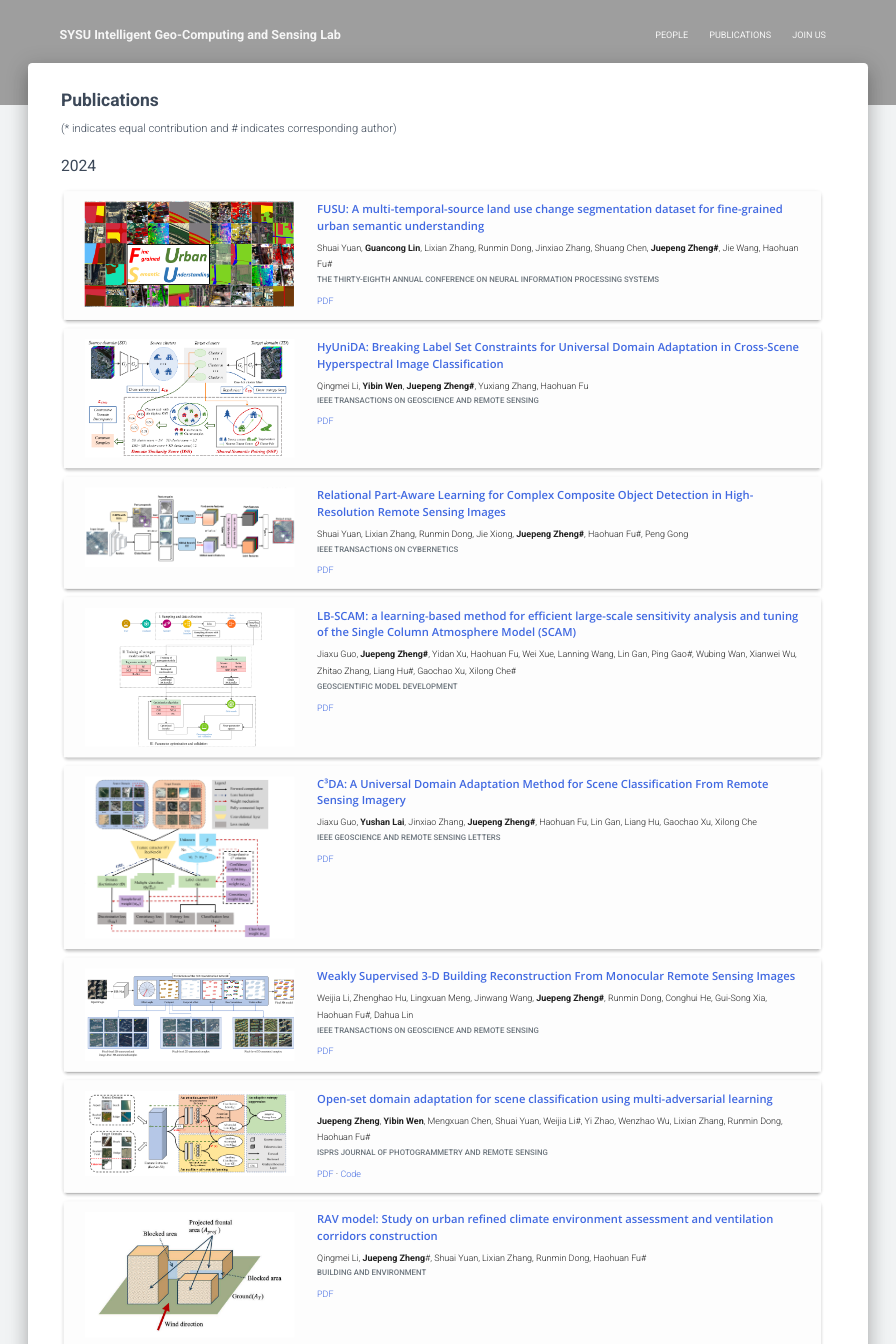
Repository: rssysu/rssysu.github.io
Page: pub.html
An editor plug-in stored every save of this project. The page is shown before and after the next save, followed by the edit.
The browser window is 1280 px wide. The pictures show the part of the page from y = 0 to 1920 px (the page is 3890 px tall before and 4086 px after), at 70% of full size.
Pictures or frames that could not be fetched are drawn as grey boxes. Some web libraries are served in a nearby version.

Above is the page before, as saved 2025-03-21 17:32:15.

### pub.html
<!DOCTYPE html>
<html lang="en">

<head>
    <meta charset="utf-8">
    <meta content="width=device-width, initial-scale=1.0, maximum-scale=1.0, user-scalable=0" name="viewport" />
    <meta http-equiv="X-UA-Compatible" content="IE=edge,chrome=1" />
    <!-- Favicons -->
    <!-- <link rel="apple-touch-icon" href="./assets/img/kit/free/apple-icon.png"> -->
    <link rel="icon" href="./assets/img/kit/free/sysu.ico">
    <title>
      SYSU IGCS Lab
    </title>
    <!--     Fonts and icons     -->
    <link rel="stylesheet" type="text/css" target="_blank" href="https://fonts.googleapis.com/css?family=Open+Sans:+400,500,600,700|Roboto:300,400,500,700|Roboto+Slab:400,700|Material+Icons" />
    <link rel="stylesheet" href="https://maxcdn.bootstrapcdn.com/font-awesome/latest/css/font-awesome.min.css" />
    <link rel="stylesheet" href="assets/css/material-kit.css?v=2.0.2">
    <!-- Documentation extras -->
    <!-- CSS Just for demo purpose, don't include it in your project -->
    <!-- <link href="./assets/assets-for-demo/demo.css" rel="stylesheet" /> -->
    <!-- iframe removal -->
</head>

<body class="index-page">
    <nav class="navbar navbar-color-on-scroll navbar-transparent navbar-light fixed-top navbar-expand-lg " color-on-scroll="0" id="sectionsNav">
        <div w3-include-html="header.html" class="container"></div>
    </nav>

    <div class="page-header2 header-filter clear-filter" data-parallax="true" style="background-image: url('assets/img/sysu1.jpg'); background-position-y: -170px; background-position: top;">
        <div class="container">
            <div class="row">
                <div class="col-md-8 ml-auto mr-auto">
                    <div class="brand">
                    </div>
                </div>
            </div>
        </div>
    </div>


    <div class="main main-raised">
        <div class="container">
            <div class="title" style="margin-bottom: -1em;">
                <h3><b>Publications</b></h3>
                <h4>(* indicates equal contribution and # indicates corresponding author)</h4>
            </div>

<!--
            <div class="year-pub">
              Preprints
            </div>
 -->

        <div class="year-pub">
          2024
        </div>

<!--         <div class="row-pub all">
          <div class="card" style="width: 97%;">
            <div class="card-body" style="background-color: hsl(0, 0%, 99%);">
              <img class="card-pic-left" src="assets/paper_img/iccv2023-capeam.jpg" width=300px>
              <h4 class="card-title" style="margin-top: -0.1em;">Context-Aware Planning and Environment-Aware Memory for Instruction Following Embodied Agents</h4>
              <p class="card-text">Byeonghwi Kim, Jinyeon Kim, Yuyeong Kim, Cheolhong Min, Jonghyun Choi</p>
              <h6 class="card-subtitle mb-2 text-muted">ICCV 2023<br>(CVPR 2023 Embodied AI Workshop - 1st Place Winner)</h6>

              <a href="https://openaccess.thecvf.com/content/ICCV2023/papers/Kim_Context-Aware_Planning_and_Environment-Aware_Memory_for_Instruction_Following_Embodied_Agents_ICCV_2023_paper.pdf" target="_blank">PDF </a> &middot;
              <a href="https://openaccess.thecvf.com/content/ICCV2023/supplemental/Kim_Context-Aware_Planning_and_ICCV_2023_supplemental.zip" target="_blank">Supp </a> &middot;
              <a href="https://bhkim94.github.io/projects/CAPEAM/" target="_new">Project Page </a> &middot;
              <a href="https://askforalfred.com/EAI23/" class="card-link" target="_new">CVPR 2023 Workshop Challenge Page </a>
            </div>
          </div>
        </div> -->



        <div class="row-pub all">
          <div class="card" style="width: 97%;">
            <div class="card-body" style="background-color: rgb(253, 253, 253);">
              <img class="card-pic-left" src="assets/paper/fusu.png" width=300px>
              <h4 class="card-title" style="margin-top: -0.1em;"><a href="https://openreview.net/forum?id=QLO0pXYKVi#discussion">FUSU: A multi-temporal-source land use change segmentation dataset for fine-grained urban semantic understanding</a>  </h4>
              <p class="card-text">Shuai Yuan, <b>Guancong Lin</b>, Lixian Zhang, Runmin Dong, Jinxiao Zhang, Shuang Chen, <b>Juepeng Zheng#</b>, Jie Wang, Haohuan Fu#</p>
              <h6 class="card-subtitle mb-2 text-muted">The Thirty-Eighth Annual Conference on Neural Information Processing Systems</h6>

              <a href="assets/paper/fusu.pdf" target="_blank">PDF </a>
            </div>
          </div>
        </div>

        <div class="row-pub all">
          <div class="card" style="width: 97%;">
            <div class="card-body" style="background-color: rgb(253, 253, 253);">
              <img class="card-pic-left" src="assets/paper/hy.png" width=300px>
              <h4 class="card-title" style="margin-top: -0.1em;"><a href="https://ieeexplore.ieee.org/document/10530296">HyUniDA: Breaking Label Set Constraints for Universal Domain Adaptation in Cross-Scene Hyperspectral Image Classification</a>  </h4>
              <p class="card-text">Qingmei Li, <b>Yibin Wen</b>, <b>Juepeng Zheng#</b>, Yuxiang Zhang, Haohuan Fu</p>
              <h6 class="card-subtitle mb-2 text-muted">IEEE Transactions on Geoscience and Remote Sensing</h6>

              <a href="assets/paper/hy.pdf" target="_blank">PDF </a>
            </div>
          </div>
        </div>

        <div class="row-pub all">
          <div class="card" style="width: 97%;">
            <div class="card-body" style="background-color: rgb(253, 253, 253);">
              <img class="card-pic-left" src="assets/paper/rp.png" width=300px>
              <h4 class="card-title" style="margin-top: -0.1em;"><a href="https://ieeexplore.ieee.org/document/10534872"> Relational Part-Aware Learning for Complex Composite Object Detection in High-Resolution Remote Sensing Images </a>  </h4>
              <p class="card-text">Shuai Yuan, Lixian Zhang, Runmin Dong, Jie Xiong, <b>Juepeng Zheng#</b>, Haohuan Fu#, Peng Gong</p>
              <h6 class="card-subtitle mb-2 text-muted">IEEE Transactions on Cybernetics</h6>

              <a href="assets/paper/rp.pdf" target="_blank">PDF </a>
            </div>
          </div>
        </div>

        <div class="row-pub all">
          <div class="card" style="width: 97%;">
            <div class="card-body" style="background-color: rgb(253, 253, 253);">
              <img class="card-pic-left" src="assets/paper/lb.png" width=300px>
              <h4 class="card-title" style="margin-top: -0.1em;"><a href="https://gmd.copernicus.org/articles/17/3975/2024/"> LB-SCAM: a learning-based method for efficient large-scale sensitivity analysis and tuning of the Single Column Atmosphere Model (SCAM) </a>  </h4>
              <p class="card-text">Jiaxu Guo, <b>Juepeng Zheng#</b>, Yidan Xu, Haohuan Fu, Wei Xue, Lanning Wang, Lin Gan, Ping Gao#, Wubing Wan, Xianwei Wu, Zhitao Zhang, Liang Hu#, Gaochao Xu, Xilong Che#</p>
              <h6 class="card-subtitle mb-2 text-muted">Geoscientific Model Development</h6>

              <a href="assets/paper/lb.pdf" target="_blank">PDF </a>
            </div>
          </div>
        </div>

        <div class="row-pub all">
          <div class="card" style="width: 97%;">
            <div class="card-body" style="background-color: rgb(253, 253, 253);">
              <img class="card-pic-left" src="assets/paper/c3.png" width=300px>
              <h4 class="card-title" style="margin-top: -0.1em;"><a href="https://ieeexplore.ieee.org/abstract/document/10485440"> C³DA: A Universal Domain Adaptation Method for Scene Classification From Remote Sensing Imagery </a>  </h4>
              <p class="card-text">Jiaxu Guo, <b>Yushan Lai</b>, Jinxiao Zhang, <b>Juepeng Zheng#</b>, Haohuan Fu, Lin Gan, Liang Hu, Gaochao Xu, Xilong Che</p>
              <h6 class="card-subtitle mb-2 text-muted">IEEE Geoscience and Remote Sensing Letters</h6>

              <a href="assets/paper/c3.pdf" target="_blank">PDF </a>
            </div>
          </div>
        </div>

        <div class="row-pub all">
          <div class="card" style="width: 97%;">
            <div class="card-body" style="background-color: rgb(253, 253, 253);">
              <img class="card-pic-left" src="assets/paper/ws.png" width=300px>
              <h4 class="card-title" style="margin-top: -0.1em;"><a href="https://ieeexplore.ieee.org/document/10473130"> Weakly Supervised 3-D Building Reconstruction From Monocular Remote Sensing Images </a>  </h4>
              <p class="card-text">Weijia Li, Zhenghao Hu, Lingxuan Meng, Jinwang Wang, <b>Juepeng Zheng#</b>, Runmin Dong, Conghui He, Gui-Song Xia, Haohuan Fu#, Dahua Lin</p>
              <h6 class="card-subtitle mb-2 text-muted">IEEE Transactions on Geoscience and Remote Sensing</h6>

              <a href="assets/paper/ws.pdf" target="_blank">PDF </a>
            </div>
          </div>
        </div>

        <div class="row-pub all">
          <div class="card" style="width: 97%;">
            <div class="card-body" style="background-color: rgb(253, 253, 253);">
              <img class="card-pic-left" src="assets/paper/os.png" width=300px>
              <h4 class="card-title" style="margin-top: -0.1em;"><a href="https://www.sciencedirect.com/science/article/pii/S0924271624000248"> Open-set domain adaptation for scene classification using multi-adversarial learning </a>  </h4>
              <p class="card-text"><b>Juepeng Zheng</b>, <b>Yibin Wen</b>, Mengxuan Chen, Shuai Yuan, Weijia Li#, Yi Zhao, Wenzhao Wu, Lixian Zhang, Runmin Dong, Haohuan Fu#</p>
              <h6 class="card-subtitle mb-2 text-muted">ISPRS Journal of Photogrammetry and Remote Sensing</h6>

              <a href="assets/paper/os.pdf" target="_blank">PDF </a> &middot;
              <a href="https://github.com/rs-dl/MAOSDAN" target="_blank">Code </a>
            </div>
          </div>
        </div>

        <div class="row-pub all">
          <div class="card" style="width: 97%;">
            <div class="card-body" style="background-color: rgb(253, 253, 253);">
              <img class="card-pic-left" src="assets/paper/rav.png" width=300px>
              <h4 class="card-title" style="margin-top: -0.1em;"><a href="https://www.sciencedirect.com/science/article/pii/S0360132323011071">RAV model: Study on urban refined climate environment assessment and ventilation corridors construction </a>  </h4>
              <p class="card-text"> Qingmei Li, <b>Juepeng Zheng</b>#, Shuai Yuan, Lixian Zhang, Runmin Dong, Haohuan Fu#</p>
              <h6 class="card-subtitle mb-2 text-muted">Building and Environment</h6>

              <a href="assets/paper/rav.pdf" target="_blank">PDF </a>
            </div>
          </div>
        </div>


        <div class="year-pub">
          2023
        </div>



        <div class="row-pub all">
          <div class="card" style="width: 97%;">
            <div class="card-body" style="background-color: rgb(253, 253, 253);">
              <img class="card-pic-left" src="assets/paper/js.png" width=300px height=150px>
              <h4 class="card-title" style="margin-top: -0.1em;"><a href="https://www.sciencedirect.com/science/article/pii/S0924271623001272">Joint semantic-geometric learning for polygonal building segmentation from high-resolution remote sensing images</a></h4>
              <p class="card-text"> Weijia Li, Wenqian Zhao, Jinhua Yu, <b>Juepeng Zheng</b>#, Conghui He, Haohuan Fu#, Dahua Lin</p>
              <h6 class="card-subtitle mb-2 text-muted">ISPRS Journal of Photogrammetry and Remote Sensing</h6>

              <a href="assets/paper/js.pdf" target="_blank">PDF </a>

            </div>
          </div>
        </div>


        <div class="row-pub all">
          <div class="card" style="width: 97%;">
            <div class="card-body" style="background-color: rgb(253, 253, 253);">
              <img class="card-pic-left" src="assets/paper/sc.png" width=300px height=150px>
              <h4 class="card-title" style="margin-top: -0.1em;"><a href="https://www.sciencedirect.com/science/article/pii/S0034425723000366">Surveying coconut trees using high-resolution satellite imagery in remote atolls of the Pacific Ocean</a></h4>
              <p class="card-text"> <b>Juepeng Zheng</b>, Shuai Yuan, Wenzhao Wu, Weijia Li, Le Yu#, Haohuan Fu#, David Coomes</p>
              <h6 class="card-subtitle mb-2 text-muted">Remote Sensing of Environment</h6>

              <a href="assets/paper/sc.pdf" target="_blank">PDF </a> &middot;
              <a href="https://github.com/rs-dl/coconut_in_Acteon_Group" target="_blank">Code </a>
            </div>
          </div>
        </div>

        <div class="row-pub all">
          <div class="card" style="width: 97%;">
            <div class="card-body" style="background-color: rgb(253, 253, 253);">
              <img class="card-pic-left" src="assets/paper/pd.png" width=300px height=150px>
              <h4 class="card-title" style="margin-top: -0.1em;"><a href="https://ieeexplore.ieee.org/abstract/document/9984694/">Partial domain adaptation for scene classification from remote sensing imagery</a></h4>
              <p class="card-text"><b>Juepeng Zheng</b>, Yi Zhao, Wenzhao Wu, Mengxuan Chen, Weijia Li#, Haohuan Fu#</p>
              <h6 class="card-subtitle mb-2 text-muted">IEEE Transactions on Geoscience and Remote Sensing</h6>

              <a href="assets/paper/pd.pdf" target="_blank">PDF </a>

            </div>
          </div>
        </div>

        <div class="year-pub">
          2022
        </div>

        <div class="row-pub all">
          <div class="card" style="width: 97%;">
            <div class="card-body" style="background-color: rgb(253, 253, 253);">
              <img class="card-pic-left" src="assets/paper/md.png" width=300px>
              <h4 class="card-title" style="margin-top: -0.1em;"><a href="https://ieeexplore.ieee.org/abstract/document/9373992/">Multisource-domain generalization-based oil palm tree detection using very-high-resolution (vhr) satellite images</a></h4>
              <p class="card-text"><b>Juepeng Zheng*</b>, Wenzhao Wu*, Shuai Yuan, Haohuan Fu#, Weijia Li, Le Yu</p>
              <h6 class="card-subtitle mb-2 text-muted">IEEE Geoscience and Remote Sensing Letters</h6>

              <a href="assets/paper/md.pdf" target="_blank">PDF </a> &middot;
              <a href="https://github.com/rs-dl/MMD-DRCN" target="_blank">Code </a>
            </div>
          </div>
        </div>

        <div class="row-pub all">
          <div class="card" style="width: 97%;">
            <div class="card-body" style="background-color: rgb(253, 253, 253);">
              <img class="card-pic-left" src="assets/paper/at.png" width=300px>
              <h4 class="card-title" style="margin-top: -0.1em;"><a href="https://ieeexplore.ieee.org/abstract/document/9521685/">A Two-Stage Adaptation Network (TSAN) for Remote Sensing Scene Classification in Single-Source-Mixed-Multiple-Target Domain Adaptation (S²M²T DA) Scenarios</a></h4>
              <p class="card-text"><b>Juepeng Zheng</b>, Wenzhao Wu, Shuai Yuan, Yi Zhao, Weijia Li, Lixian Zhang, Runmin Dong, Haohuan Fu#</p>
              <h6 class="card-subtitle mb-2 text-muted">IEEE Transactions on Geoscience and Remote Sensing</h6>

              <a href="assets/paper/at.pdf" target="_blank">PDF </a> &middot;
              <a href="https://github.com/rs-dl/TSAN" target="_blank">Code </a>
            </div>
          </div>
        </div>


        <div class="year-pub">
          2021
        </div>

        <div class="row-pub all">
          <div class="card" style="width: 97%;">
            <div class="card-body" style="background-color: rgb(253, 253, 253);">
              <img class="card-pic-left" src="assets/paper/gs.png" width=300px>
              <h4 class="card-title" style="margin-top: -0.1em;"><a href="https://www.sciencedirect.com/science/article/pii/S0924271621000083">Growing status observation for oil palm trees using Unmanned Aerial Vehicle (UAV) images</a></h4>
              <p class="card-text"><b>Juepeng Zheng</b>, Haohuan Fu, Weijia Li#, Wenzhao Wu, Le Yu, Shuai Yuan, Wai Yuk William Tao, Tan Kian Pang, Kasturi Devi Kanniah</p>
              <h6 class="card-subtitle mb-2 text-muted">ISPRS Journal of Photogrammetry and Remote Sensing <b>(ESI Highly Cited Paper)</b> </h6>

              <a href="assets/paper/gs.pdf" target="_blank">PDF </a> &middot;
              <a href="https://github.com/rs-dl/MOPAD" target="_blank">Code </a>
            </div>
          </div>
        </div>



        <div class="year-pub">
          2020
        </div>

        <div class="row-pub all">
          <div class="card" style="width: 97%;">
            <div class="card-body" style="background-color: rgb(253, 253, 253);">
              <img class="card-pic-left" src="assets/paper/cr.png" width=300px>
              <h4 class="card-title" style="margin-top: -0.1em;"><a href="https://www.sciencedirect.com/science/article/pii/S0924271620301830">Cross-regional oil palm tree counting and detection via a multi-level attention domain adaptation network</a></h4>
              <p class="card-text"><b>Juepeng Zheng</b>, Haohuan Fu, Weijia Li#, Wenzhao Wu, Yi Zhao, Runmin Dong, Le Yu</p>
              <h6 class="card-subtitle mb-2 text-muted">ISPRS Journal of Photogrammetry and Remote Sensing</h6>

              <a href="assets/paper/cr.pdf" target="_blank">PDF </a> &middot;
              <a href="https://github.com/rs-dl/MADAN" target="_blank">Code </a>
            </div>
          </div>
        </div>


        </div>
    </div>
    <!--  End Modal -->
    <div w3-include-html="footer.html"></div>

    <!--   Core JS Files   -->
    <script src="./assets/js/core/jquery.min.js"></script>
    <script src="./assets/js/core/popper.min.js"></script>
    <script src="./assets/js/bootstrap-material-design.js"></script>
    <!--  Plugin for Date Time Picker and Full Calendar Plugin  -->
    <script src="./assets/js/plugins/moment.min.js"></script>
    <!--	Plugin for the Datepicker, full documentation here: https://github.com/Eonasdan/bootstrap-datetimepicker -->
    <script src="./assets/js/plugins/bootstrap-datetimepicker.min.js"></script>
    <!--	Plugin for the Sliders, full documentation here: http://refreshless.com/nouislider/ -->
    <script src="./assets/js/plugins/nouislider.min.js"></script>
    <!-- Material Kit Core initialisations of plugins and Bootstrap Material Design Library -->
    <script src="./assets/js/material-kit.js?v=2.0.2"></script>
    <!-- Fixed Sidebar Nav - js With initialisations For Demo Purpose, Don't Include it in your project -->
    <script src="./assets/assets-for-demo/js/material-kit-demo.js"></script>
    <!-- including html -->
    <script src="./assets/js/include-html.js"></script>
    <script>
      $(document).ready(function() {

          //init DateTimePickers
          materialKit.initFormExtendedDatetimepickers();

          // // Sliders Init
          // materialKit.initSliders();

          includeHTML();
      });
  </script>
</body>

</html>

### footer.html
    <script src="./assets/js/core/jquery.min.js"></script>

    <footer class="footer ">
        <div class="container">
            <nav class="pull-left">
                <ul>
                    <li class="text-left">
                        <div class="special" style="font-size: 11pt; color: #444444; margin-top: 0em;">
                            <b>SYSU Intelligent Geo-Computing and Sensing Lab</b>
                        </div>
                        <div class="special-light" style="font-size: 11pt; color: #444444;">
                           4th Floor, Artificial Intelligence Research Institute Building, Sun Yat-sen University (Zhuhai Campus),<br/>
                        </div>
                        <div class="special-light" style="font-size: 11pt; color: #444444; margin-top: -0.2em;">
                            Zhuhai City, Guangdong Province, China
                        </div>
                    </li>
                </ul>
            </nav>
<!--             <div class="copyright pull-right special" style="margin-top: -3em;">
                Original Template from &copy;
                <script>
                    document.write(new Date().getFullYear())
                </script>
            </div>
 -->
<!--                 <div class="copyright pull-right special" style="margin-top: -2em;">
                    <img src="../../assets/img/kit/gist.png">
                </div> -->
                <div class="copyright pull-right special" style="margin-top: 0em;">
                <!-- <img src="./assets/img/kit/gist_logo.jpg"><br/> -->
                Original Template Made <!-- with <i class="material-icons">favorite</i> --> by
                <a href="https://www.creative-tim.com" target="_blank">Creative Tim</a>. <!-- for a better web. --> Modified by Shilei Cao
            </div>
        </div>
    </footer>

Loaded but not shown: assets/css/material-kit.css (library); assets/js/core/jquery.min.js (library); assets/js/core/popper.min.js (library); assets/js/bootstrap-material-design.js (library); assets/js/plugins/moment.min.js (library); assets/js/plugins/bootstrap-datetimepicker.min.js (library); assets/js/plugins/nouislider.min.js (library); assets/js/material-kit.js (446 lines, source omitted); assets/assets-for-demo/js/material-kit-demo.js (98 lines, source omitted); assets/js/include-html.js (27 lines, source omitted); header.html (59 lines, source omitted)

After the next save:
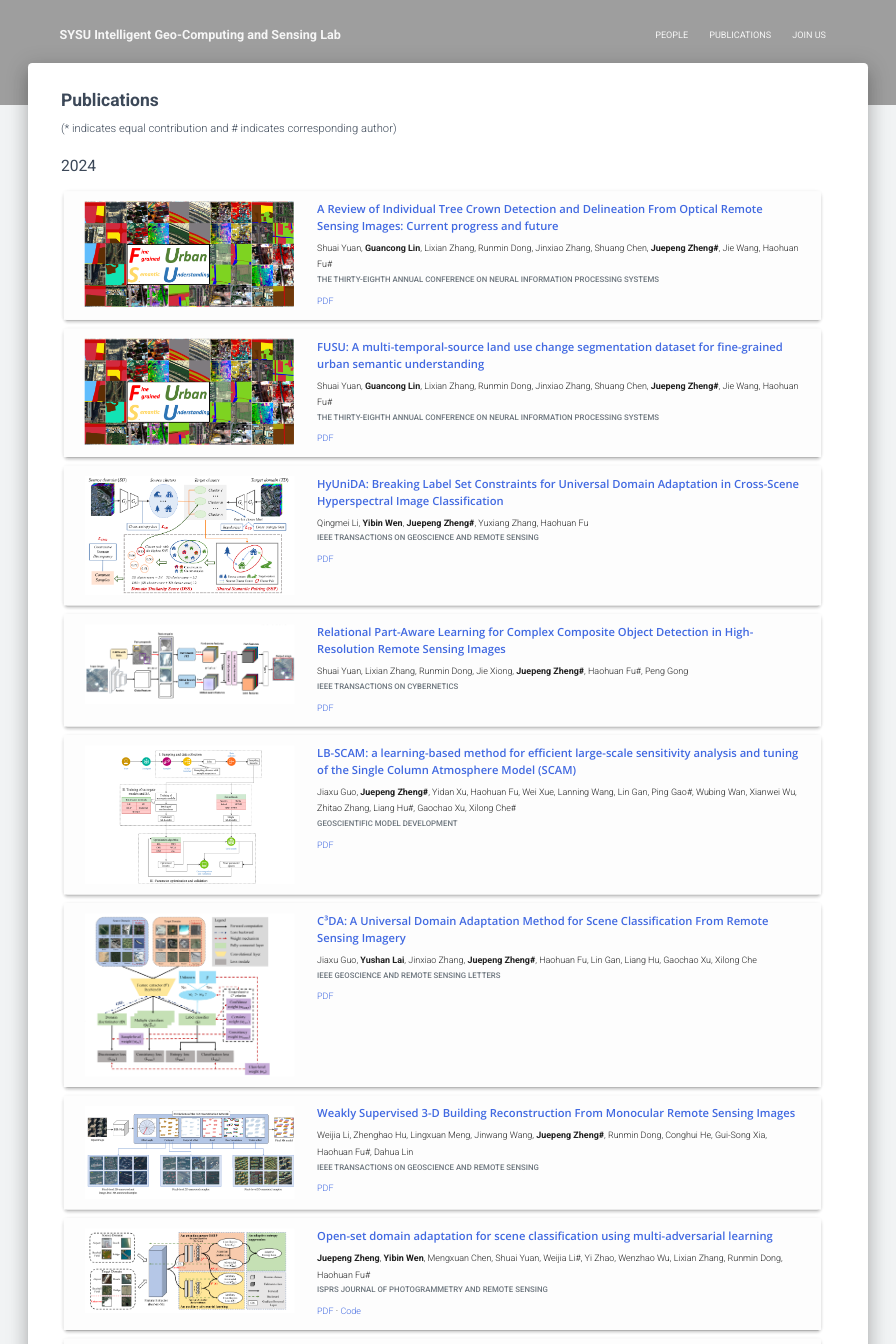
Saved 37 s later.
--- a/pub.html
+++ b/pub.html
@@ -71,7 +71,18 @@
           </div>
         </div> -->
 
-
+        <div class="row-pub all">
+          <div class="card" style="width: 97%;">
+            <div class="card-body" style="background-color: rgb(253, 253, 253);">
+              <img class="card-pic-left" src="assets/paper/fusu.png" width=300px>
+              <h4 class="card-title" style="margin-top: -0.1em;"><a href="https://openreview.net/forum?id=QLO0pXYKVi#discussion">A Review of Individual Tree Crown Detection and Delineation From Optical Remote Sensing Images: Current progress and future</a>  </h4>
+              <p class="card-text">Shuai Yuan, <b>Guancong Lin</b>, Lixian Zhang, Runmin Dong, Jinxiao Zhang, Shuang Chen, <b>Juepeng Zheng#</b>, Jie Wang, Haohuan Fu#</p>
+              <h6 class="card-subtitle mb-2 text-muted">The Thirty-Eighth Annual Conference on Neural Information Processing Systems</h6>
+
+              <a href="assets/paper/fusu.pdf" target="_blank">PDF </a>
+            </div>
+          </div>
+        </div>
 
         <div class="row-pub all">
           <div class="card" style="width: 97%;">
